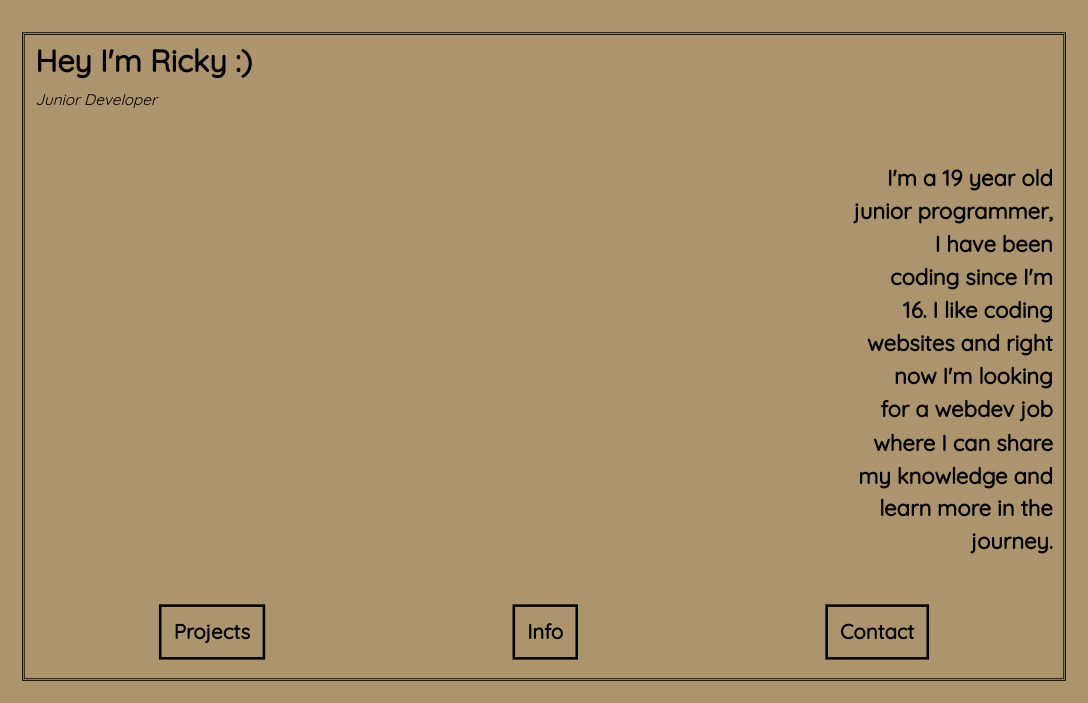
Repository: rickypcyt/ricky-react-portfolio
Page: /
An editor plug-in stored every save of this project. The page is shown before and after the next save, followed by the edit.
The browser window is 1280 px wide. The pictures show the whole page, at 85% of full size.
The project was rebuilt for these pictures with package versions that can differ from the ones it lists, and the page was loaded fresh each time. Also part of the build but not shown: src/pages/Info.js, src/pages/Projects.js, src/pages/Contact.js, src/pages/WebMural.js, src/pages/NotesJS.js.

Above is the page before, as saved 2022-09-12 15:14:52.

After the next save:
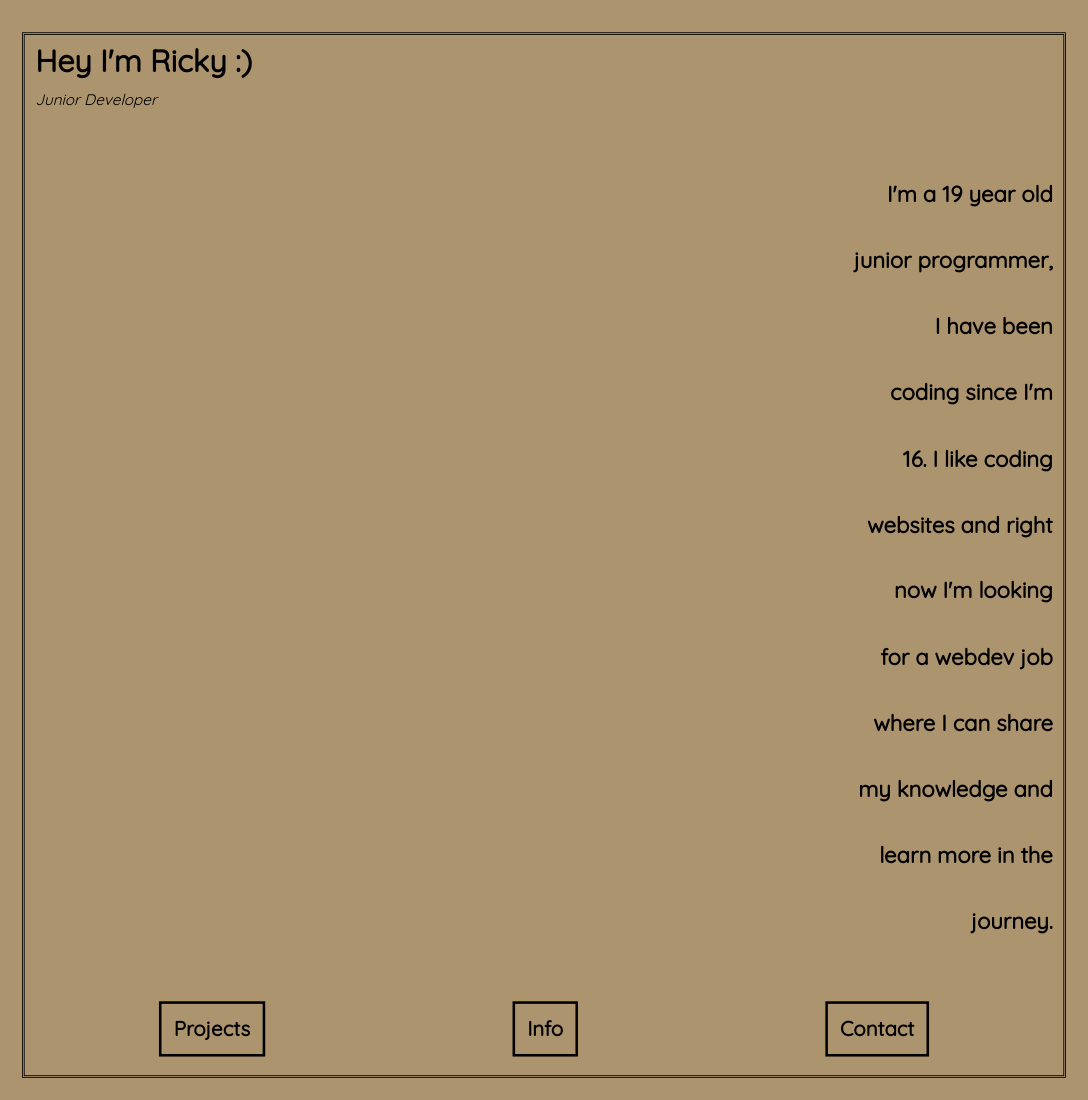
Saved 115 s later.
--- a/src/index.css
+++ b/src/index.css
@@ -46,7 +46,7 @@
   white-space: nowrap;
 }
 .parrafo {
-  line-height: 1.5;
+  line-height: 3;
   text-align: end;
   font-size: larger;
 }

After the save that followed:
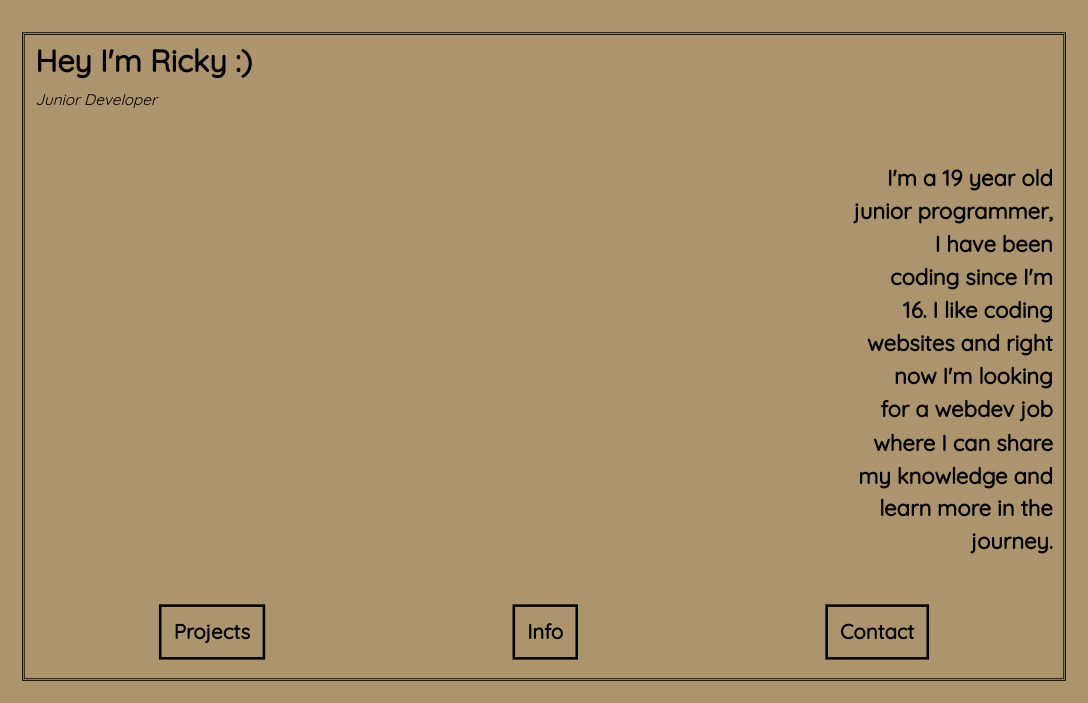
Saved 11 s later.
--- a/src/index.css
+++ b/src/index.css
@@ -46,7 +46,7 @@
   white-space: nowrap;
 }
 .parrafo {
-  line-height: 3;
+  line-height: 1.5;
   text-align: end;
   font-size: larger;
 }
